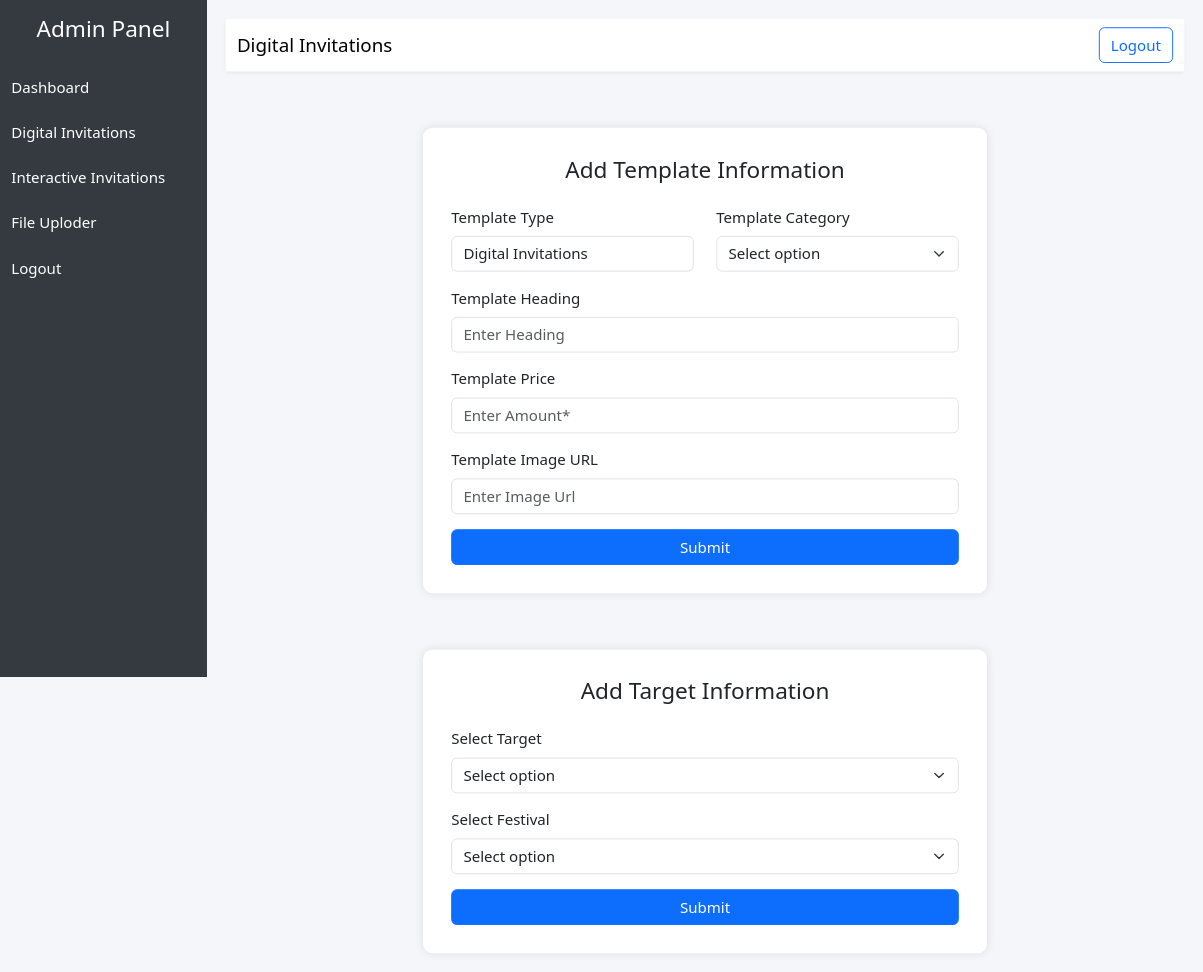
Repository: viraj7551/Flying-Invite-Project
Page: http://localhost/Admin03/digital_invitation.jsp
The author's editor kept a copy of each file at every save. The page is drawn from the files as they stood at one save, then again after a run of saves.
The browser window is 1280 px wide. The pictures show the whole page, at 94% of full size.
Some web fonts or font styles are not loaded; a fallback is used. The page is served by Tomcat 9. Other server files are loaded and not shown.

Above is the page before, as saved 2026-04-19 10:50:41.

### Admin03/WebContent/digital_invitation.jsp
<%@ page language="java" contentType="text/html; charset=ISO-8859-1"
    pageEncoding="ISO-8859-1"%>
<!DOCTYPE html>
<html lang="en">
<head>
<meta charset="UTF-8">
<meta name="viewport" content="width=device-width, initial-scale=1.0">

<title>Admin Dashboard</title>
<link rel="preconnect" href="https://fonts.googleapis.com">

<link
	href="https://fonts.googleapis.com/css2?family=Grey+Qo&family=Poppins:ital,wght@0,100;0,200;0,300;0,400;0,500;0,600;0,700;0,800;0,900;1,100;1,200;1,300;1,400;1,500;1,600;1,700;1,800;1,900&display=swap"
	rel="stylesheet">

<!-- Bootstrap CSS -->
<link href="https://cdn.jsdelivr.net/npm/bootstrap@5.3.2/dist/css/bootstrap.min.css" rel="stylesheet">

<style>

body{
background:#f4f6f9;
}

/* Sidebar */
.sidebar{
height:100vh;
background:#343a40;
color:white;
position:fixed;
width:220px;
}

.sidebar a{
color:white;
text-decoration:none;
display:block;
padding:12px;
}

.sidebar a:hover{
background:#495057;
}

/* Content */
.content{
margin-left:220px;
padding:20px;
}

/* Cards */
.card-box{
border-radius:10px;
color:white;
padding:20px;
}

.bg-blue{background:#0d6efd;}
.bg-green{background:#198754;}
.bg-orange{background:#fd7e14;}
.bg-red{background:#dc3545;}

.form-container{
max-width:600px;
margin:auto;
margin-top:60px;
padding:30px;
background:white;
border-radius:10px;
box-shadow:0 0 10px rgba(0,0,0,0.1);
}



/* Mobile */
@media(max-width:768px){

.sidebar{
position:relative;
width:100%;
height:auto;
}

.content{
margin-left:0;
}

}
</style>


</head>

<body>

<div class="sidebar">

<h4 class="text-center py-3">Admin Panel</h4>

<a href="dashboard.jsp">Dashboard</a>
<a href="#">Digital Invitations</a>
<a href="#">Interactive Invitations</a>
<a href="file_uploader.jsp">File Uploder</a>
<a href="administrator.jsp">Logout</a>

</div>


<div class="content">

<!-- Navbar -->

<nav class="navbar navbar-light bg-white shadow-sm mb-4">
<div class="container-fluid">

<span class="navbar-brand">Digital Invitations</span>

<a href="administrator.jsp" class="btn btn-outline-primary">Logout</a>

</div>
</nav>



 <!-- ----------------- Form starts here -->

<div class="container">

<div class="form-container">

<h4 class="mb-4 text-center">Add Template Information</h4>

<form method="POST" action="/Admin03/Invitations">

<div class="row">

<div class="col-md-6 mb-3">
<label class="form-label">Template Type</label>
<input type="text" class="form-control" placeholder="Enter first name" name="template_type_selector"  value = "Digital Invitations" readonly>
</div>

<div class="col-md-6 mb-3">
<label class="form-label">Template Category</label>
<select class="form-select" name="template_category_selector">
<option selected>Select option</option>
<option value="Greeting">Greetings</option>
<option value="Invitation">Invitation</option>
</select>
</div>
</div>

<div class="mb-3">
<label class="form-label">Template Heading</label>
<input type="text" class="form-control" placeholder="Enter Heading" name="template_heading">
</div>


<div class="mb-3">
<label class="form-label">Template Price</label>
<input type="text" class="form-control" placeholder="Enter Amount*" name="total_amount">
</div>



<div class="mb-3">
<label class="form-label">Template Image URL</label>
<input type="text" class="form-control" placeholder="Enter Image Url" name="template_image">
</div>

<div class="d-grid">
<button type="submit" class="btn btn-primary">
Submit
</button>
</div>

</form>

</div>

</div>

 <!-- ------------------ Form ends here -->


 <!-- -------------------- Form 2 starts here -->

<div class="container">
<div class="form-container">
<h4 class="mb-4 text-center">Add Target Information</h4>
<form method="POST" action="/Admin03/SetTargetInformation">
<div class="row">
      <div class="mb-3">
      <label class="form-label">Select Target</label>
      <select id ="first_drop_down" class="form-select" onchange = "festivalFilter()" name="target_selector">
          <option selected>Select option</option>
          <option value="Wedding">Wedding</option>
          <option value="Baby Shower">Baby Shower</option>
          <option value="Birthday">Birthday</option>
          <option value="Anniversary">Anniversary</option>
          <option value="Festival">Festival</option>
       </select>
</div>
</div>

<div class="row">
<div class="mb-3">
      <label class="form-label">Select Festival</label>
          <select class="form-select" name="festival_selector" id="second_drop_down" display="none">
             <option selected>Select option</option>
             <option value="Makar Sankranti">Makar Sankranti</option>
             <option value="Holi">Holi</option>
             <option value="Eid-ul-Fitr">Eid-ul-Fitr</option>
             <option value="Gudi Padwa">Gudi Padwa</option>
             <option value="Ram Navami">Ram Navami</option>
             <option value="Easter">Easter</option>
             <option value="Independence Day">Independence Day</option>
             <option value="Raksha Bandhan">Raksha Bandhan</option>
             <option value="Janmashtami">Janmashtami</option>
             <option value="Ganesh Chaturthi">Ganesh Chaturthi</option>
             <option value="Dussehra">Dussehra</option>
             <option value="Diwali">Diwali</option>
          </select>
   </div>
</div>


<div class="d-grid">
<button type="submit" class="btn btn-primary">
Submit
</button>
</div>

</form>
</div>
</div>


 <!-- ---------------------Form 2 ends here -->


</div>

<script>

   function festivalFilter(){
	   let firstValue = document.getElementById("first_drop_down").value;
	   if(firstValue === "Festival"){
		   document.getElementById("second_drop_down").style.display="block";
	   }else{
		   document.getElementById("second_drop_down").style.display="none";
	   }
   }

</script>

<script src="https://cdn.jsdelivr.net/npm/bootstrap@5.3.2/dist/js/bootstrap.bundle.min.js"></script>
</body>
</html>

After the next 2 saves:
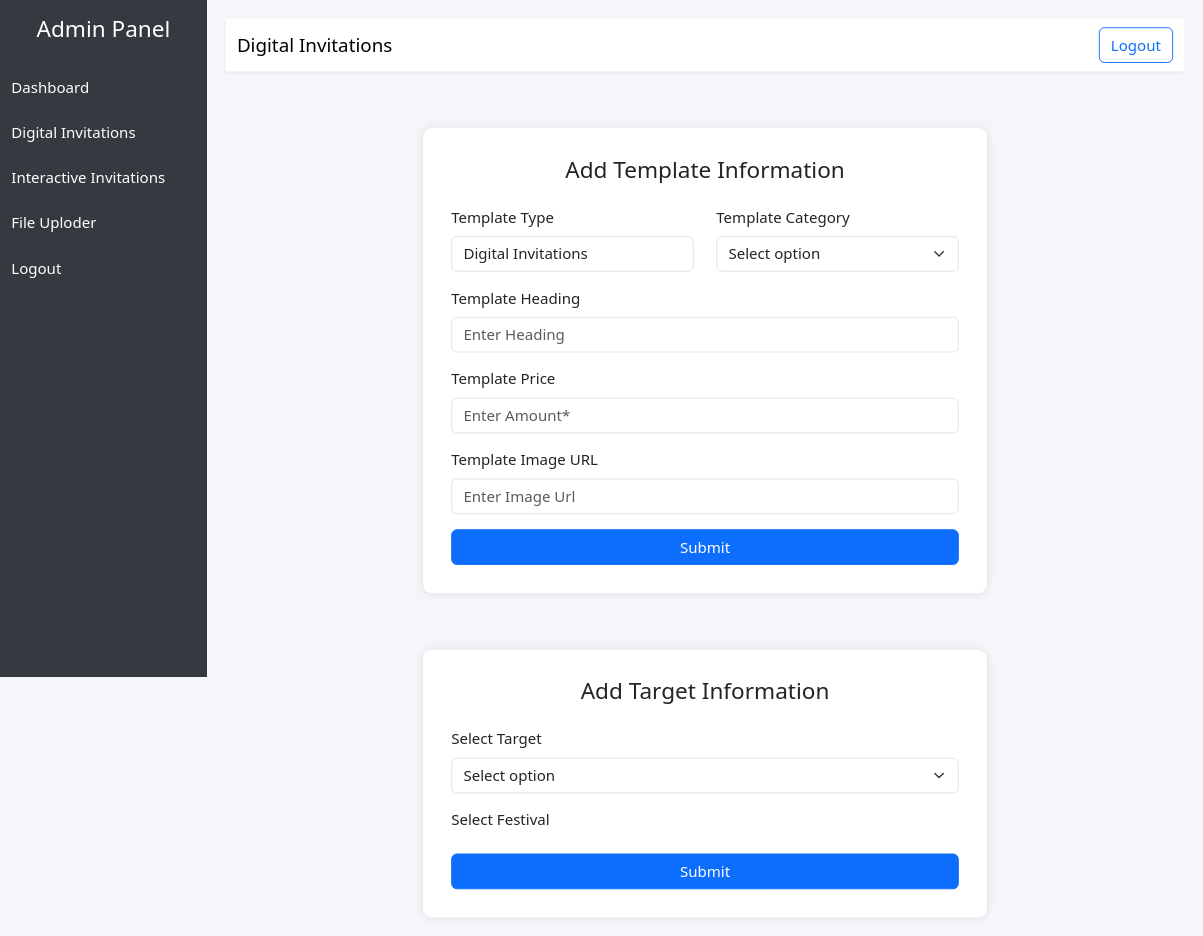
The 2 saves are shown as one change because they came seconds apart.
The last was saved 16 s later.
--- a/Admin03/WebContent/digital_invitation.jsp
+++ b/Admin03/WebContent/digital_invitation.jsp
@@ -205,7 +205,7 @@
 <div class="row">
 <div class="mb-3">
       <label class="form-label">Select Festival</label>
-          <select class="form-select" name="festival_selector" id="second_drop_down" display="none">
+          <select class="form-select" name="festival_selector" id="second_drop_down"  style="display:none;">
              <option selected>Select option</option>
              <option value="Makar Sankranti">Makar Sankranti</option>
              <option value="Holi">Holi</option>

After the save that followed:
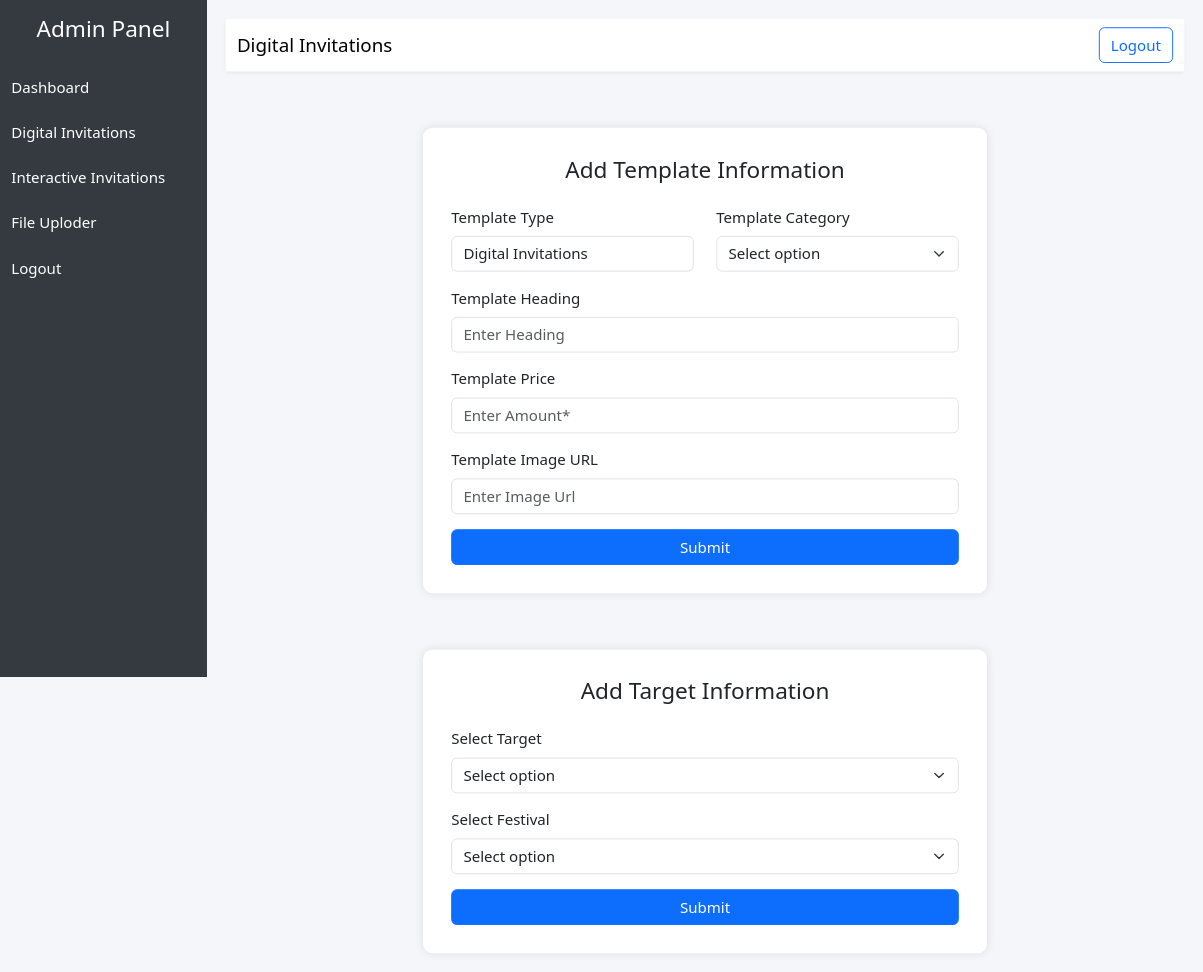
Saved 14 s later.
--- a/Admin03/WebContent/digital_invitation.jsp
+++ b/Admin03/WebContent/digital_invitation.jsp
@@ -205,7 +205,7 @@
 <div class="row">
 <div class="mb-3">
       <label class="form-label">Select Festival</label>
-          <select class="form-select" name="festival_selector" id="second_drop_down"  style="display:none;">
+          <select class="form-select" name="festival_selector"">
              <option selected>Select option</option>
              <option value="Makar Sankranti">Makar Sankranti</option>
              <option value="Holi">Holi</option>
